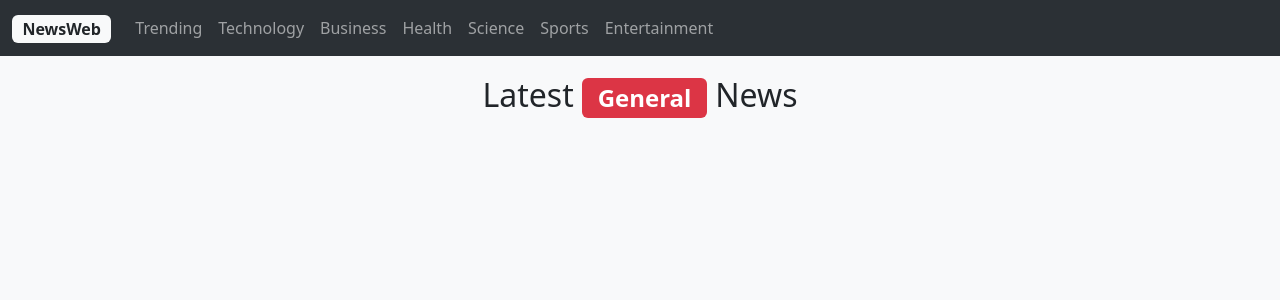
Repository: Abhilash2909/NewsWeb
Page: /
An editor plug-in stored every save of this project. The page is shown before and after a run of saves, followed by the edit.
The browser window is 1280 px wide. The pictures show the whole page.
The page's requests for data from a server got no answer. The project was rebuilt for these pictures with package versions that can differ from the ones it lists, and the page was loaded fresh each time. No one was signed in, and anything a server would have sent is missing. Also part of the build but not shown: vite.config.js, src/Components/NewsItem.jsx, src/App.css.

Above is the page before, as saved 2024-05-22 21:20:41.

After the next 2 saves:
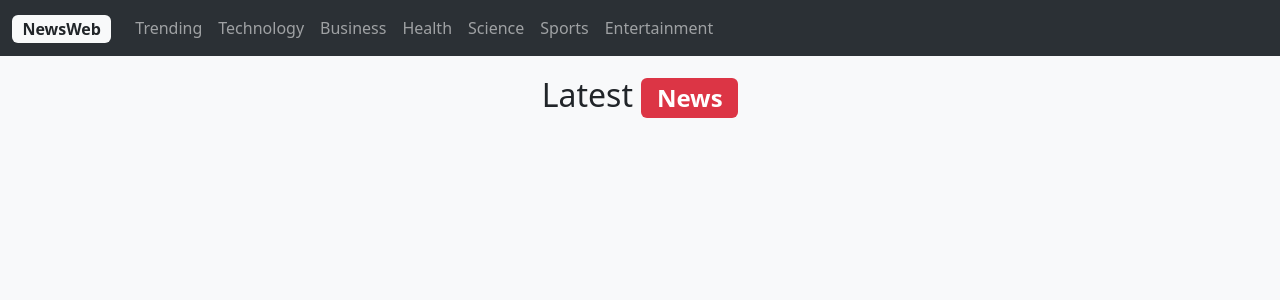
The 2 saves are shown as one change because they came seconds apart.
The last was saved 3 min 12 s later.
--- a/src/Components/NewsBoard.jsx
+++ b/src/Components/NewsBoard.jsx
@@ -1,27 +1,27 @@
-// import { useEffect, useState } from "react";
-// import NewsItem from "./NewsItem";
+import { useEffect, useState } from "react";
+import NewsItem from "./NewsItem";
 
-// const NewsBoard = ({ category }) => {
-//     const [articles, setArticles] = useState([]);
+const NewsBoard = ({ category }) => {
+    const [articles, setArticles] = useState([]);
 
-//     useEffect(() => {
-//         let url = `https://newsapi.org/v2/top-headlines?country=in&category=${category}&apiKey=${import.meta.env.VITE_API_KEY}`;
-//         fetch(url).then(response => response.json()).then(data => setArticles(data.articles));
-//     }, [category]);
+    useEffect(() => {
+        let url = `https://newsapi.org/v2/top-headlines?country=in&category=${category}&apiKey=${import.meta.env.VITE_API_KEY}`;
+        fetch(url).then(response => response.json()).then(data => setArticles(data.articles));
+    }, [category]);
 
-//     return (
-//         <div>
-//             <h2 className="text-center">Latest <span className="badge bg-danger">News</span></h2>
-//             <div className="news-grid">
-//                 {articles.map((news, index) => {
-//                     return <NewsItem key={index} title={news.title} description={news.description} src={news.urlToImage} url={news.url} />
-//                 })}
-//             </div>
-//         </div>
-//     );
-// }
+    return (
+        <div>
+            <h2 className="text-center">Latest <span className="badge bg-danger">News</span></h2>
+            <div className="news-grid">
+                {articles.map((news, index) => {
+                    return <NewsItem key={index} title={news.title} description={news.description} src={news.urlToImage} url={news.url} />
+                })}
+            </div>
+        </div>
+    );
+}
 
-// export default NewsBoard;
+export default NewsBoard;
 
 
 // import { useEffect, useState } from "react";
@@ -69,50 +69,3 @@
 // }
 
 // export default NewsBoard;
-
-
-import { useEffect, useState } from "react";
-import NewsItem from "./NewsItem";
-
-const categories = ["technology", "business", "health", "science", "sports", "entertainment"];
-
-const NewsBoard = ({ category }) => {
-  const [articles, setArticles] = useState([]);
-
-  useEffect(() => {
-    const fetchArticles = async () => {
-      let url;
-      if (category === "trending") {
-        url = `https://newsapi.org/v2/top-headlines?country=in&apiKey=${import.meta.env.VITE_API_KEY}`;
-      } else {
-        url = `https://newsapi.org/v2/top-headlines?country=in&category=${category}&apiKey=${import.meta.env.VITE_API_KEY}`;
-      }
-
-      const response = await fetch(url);
-      const data = await response.json();
-      setArticles(data.articles);
-    };
-
-    fetchArticles();
-  }, [category]);
-
-  return (
-    <div>
-      <h2 className="text-center">Latest <span className="badge bg-danger">{category === "trending" ? "Trending" : category.charAt(0).toUpperCase() + category.slice(1)}</span> News</h2>
-      <div className="news-grid">
-        {articles.map((news, index) => (
-          <NewsItem
-            key={index}
-            title={news.title}
-            description={news.description}
-            src={news.urlToImage}
-            url={news.url}
-            category={category === "trending" ? news.category : category} // Pass category to NewsItem
-          />
-        ))}
-      </div>
-    </div>
-  );
-}
-
-export default NewsBoard;
